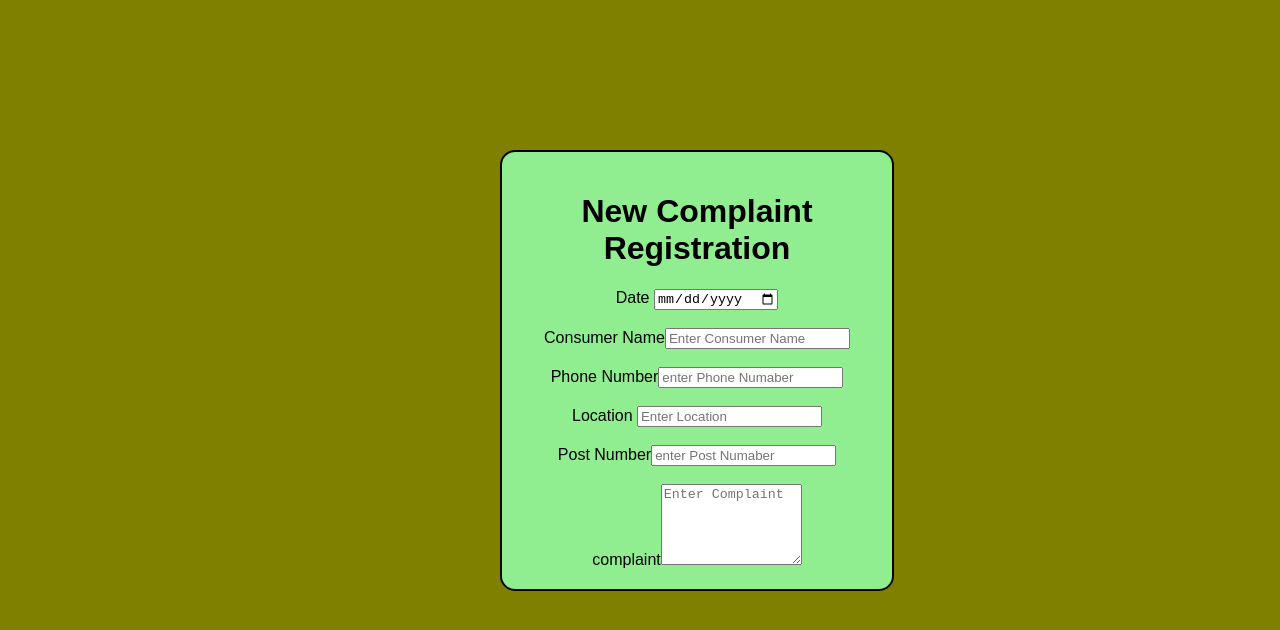
Repository: Jobinte/KSEB-PROJECT
Page: KSEB-complaint-management/WebContent/complaintRegistration.html
An editor plug-in stored every save of this project. The page is shown before and after the next save, followed by the edit.
The browser window is 1280 px wide. The pictures show the whole page.

Above is the page before, as saved 2023-11-22 07:49:09.

After the next save:
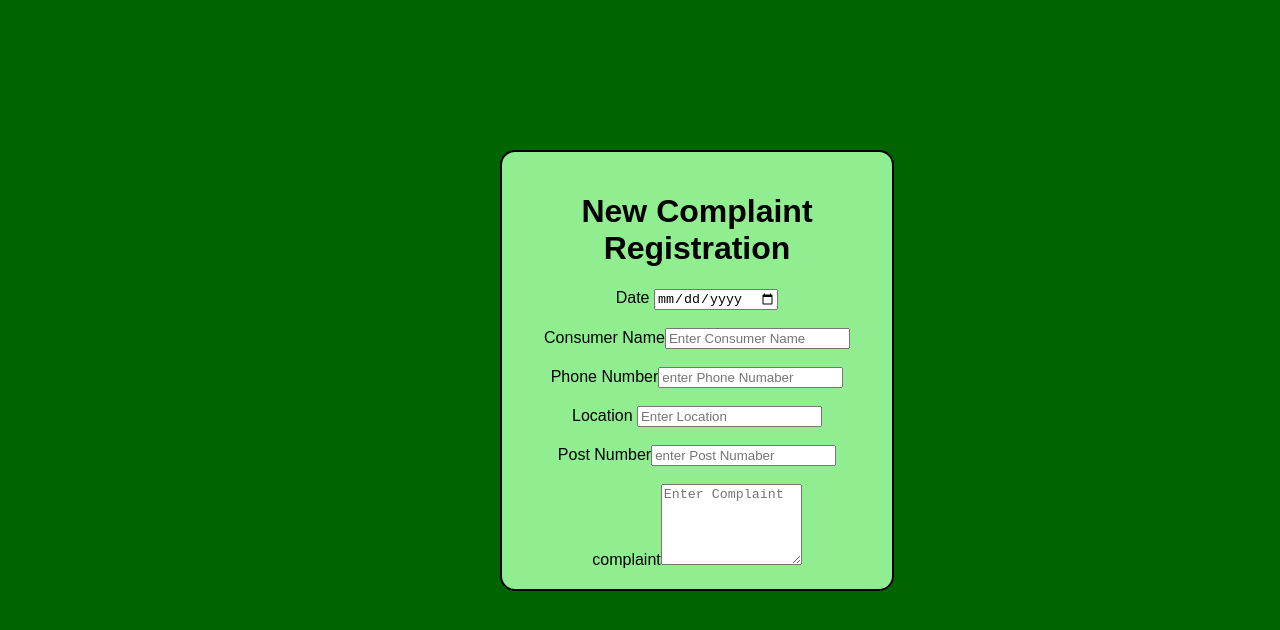
Saved 20 s later.
--- a/KSEB-complaint-management/WebContent/css/complaitReg.css
+++ b/KSEB-complaint-management/WebContent/css/complaitReg.css
@@ -1,7 +1,7 @@
 body{
 	margin:0;
 	padding:0;
-	 background-color:olive;
+	 background-color:darkgreen;
 	 font-family:'arial';
 
 }
